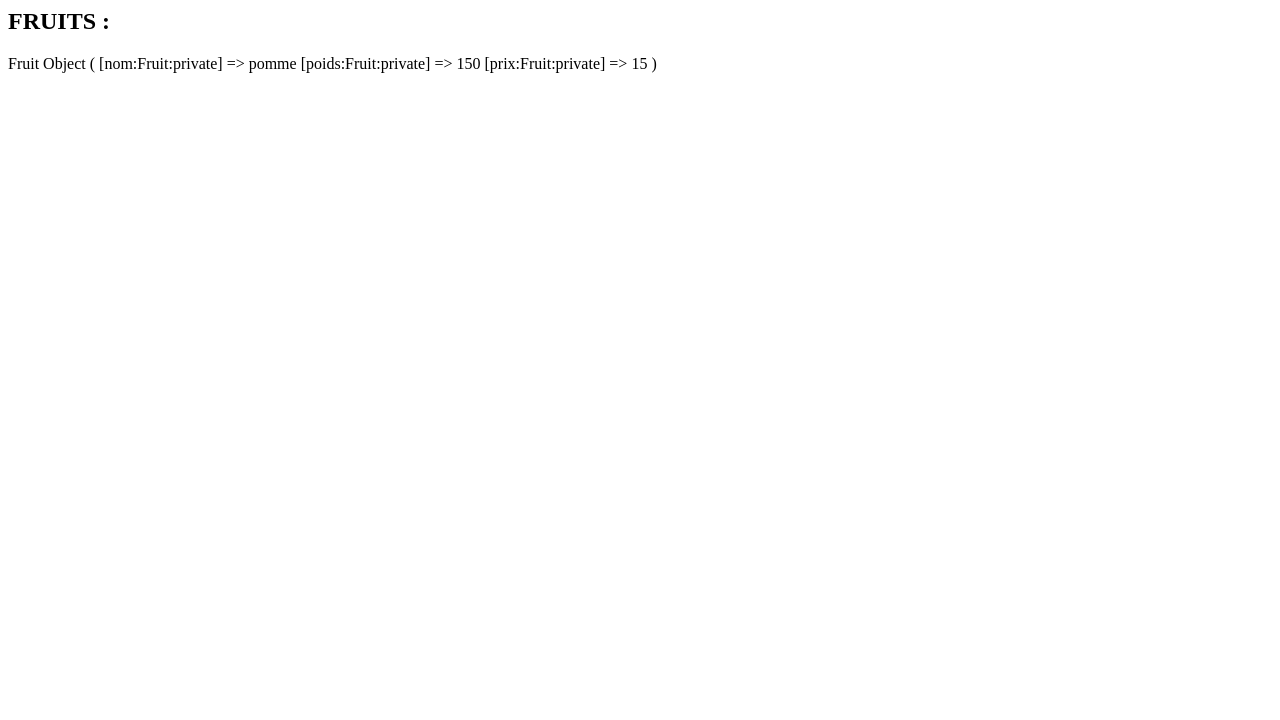
Repository: Michelhof1978/php
Page: http://localhost/pooExo1.php
These files come from the project's save history. The page is drawn as it stood at one moment and after a run of saves; the edit follows.
The browser window is 1280 px wide. The pictures show the whole page.
The page is run by PHP 8.4 with error messages shown; the project is at /var/www/html/.

Above is the page before, as saved 2022-08-21 10:51:13.

### pooExo1.php
<?php
require_once("classes/fruits.class.php");//on appelle la classe fruits.class.php une fois
?>
<h2>FRUITS :</h2>

<?php
$pomme1 = new Fruit(Fruit::POMME,150);//on appelle la classe Fruit et on lui passe en paramètre le nom du fruit(constante) et son poids
$pomme2 = new Fruit(Fruit::POMME,200);
$cerise1 = new Fruit(Fruit::CERISE,100);
$cerise2 = new Fruit(Fruit::CERISE,200);
$fruits = array($pomme1,$pomme2,$cerise1,$cerise2);//on crée un tableau avec les fruits



print_r($pomme1);//on vérifi si l'objet est bien créé

?>

### classes/fruits.class.php
<?php
class Fruit{//toujours mettre une majuscule pour les noms de classes
    private $nom;// attribut de la classe/ private= accessible uniquement dans la classe,de pouvoir protéger les attributs de la classe
    private $poids;
    private $prix;

    const POMME = "pomme";//const = constante, la valeur ne pourra pas être modifiée//Les constantes sont sensibles à la casse(qu'il y est une majuscule ou pas). Par convention, les constantes sont toujours en majuscule.
    const CERISE = "cerise";

    const POMMEIMG = "apple.png";
    const CHERRYIMG = "cherry.png";

    public function __construct($nom,$poids){//construct : permet de créer un objet
        $this->nom = $nom;
        $this->poids = $poids;
        $this->prix = $this->getPrixFruits($nom);//on appelle la fonction ci dessous qui permet de retourner le prix des fruits
    }

    public function getNom(){
        return $this->nom;
    }

    private function getPrixFruits($nom){
        if($nom === self::POMME){//self = élément lui même
            return 15;
        } else if($nom === self::CERISE){
            return 20;
        }
    }

    public function __toString(){//__toString : permet de retourner une chaine de caractère,La fonction __toString() renvoie le contenu de chaîne d'un élément. Cette fonction renvoie le contenu de la chaîne qui se trouve directement dans l'élément - et non le contenu de la chaîne qui se trouve à l'intérieur des enfants de cet élément !
        //On peut faire un echo sur un objet si on affiche --toString sinon, il affichera une erreur
        //Les méthodes suivantes sont considérées magiques : __construct(), __destruct(), __call(), __callStatic(), __get(), __set(), __isset(), __unset(), __sleep(), __wakeup(), __serialize(), __unserialize(), __toString(), __invoke(), __set_state() __clone(), et __debugInfo().

        $affichage = $this->getAffichageIMG();
        $affichage .= "Nom : " . $this->nom . "<br />";
        $affichage .= "Poids : " . $this->poids . "<br />";
        $affichage .= "Prix : " . $this->prix . "<br />";
        return $affichage;
    }

    private function getAffichageIMG(){//fonction pour afficher image
        if($this->nom === self::POMME){//si le nom est pomme, on affiche l'image pomme
            return "<img src ='images/".self::POMMEIMG."' alt='image pomme' /> <br/>";
        } else if ($this->nom === self::CERISE){
            return "<img src ='images/".self::CHERRYIMG."' alt='image cerise' /><br/>";
        }
    }

}

?>

After the next 3 saves:
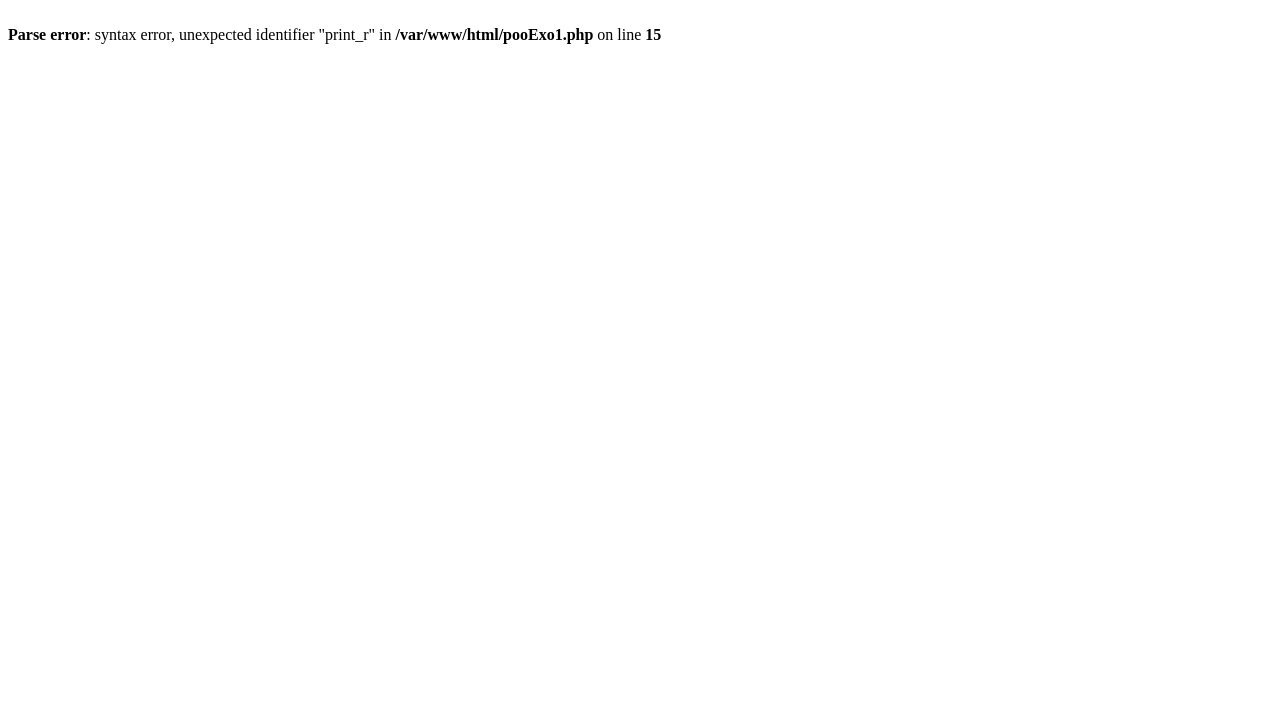
The 3 saves are shown as one change because they came seconds apart.
The last was saved 7 s later.
--- a/pooExo1.php
+++ b/pooExo1.php
@@ -10,7 +10,7 @@
 $cerise2 = new Fruit(Fruit::CERISE,200);
 $fruits = array($pomme1,$pomme2,$cerise1,$cerise2);//on crée un tableau avec les fruits
 
-
+fore
 
 print_r($pomme1);//on vérifi si l'objet est bien créé
 

After the 2 saves that followed:
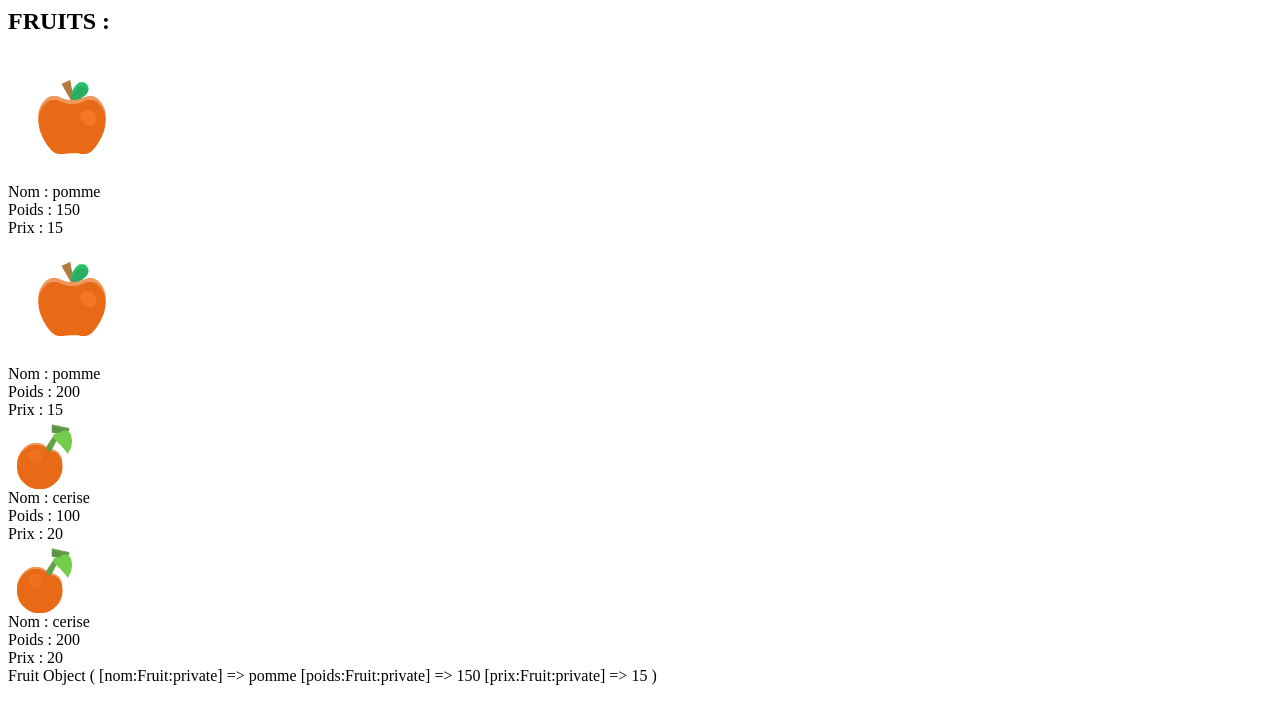
The 2 saves are shown as one change because they came seconds apart.
The last was saved 6 s later.
--- a/pooExo1.php
+++ b/pooExo1.php
@@ -9,8 +9,9 @@
 $cerise1 = new Fruit(Fruit::CERISE,100);
 $cerise2 = new Fruit(Fruit::CERISE,200);
 $fruits = array($pomme1,$pomme2,$cerise1,$cerise2);//on crée un tableau avec les fruits
-
-fore
+foreach($fruits as $fruit){//on parcourt le tableau
+    echo $fruit;//on affiche le contenu de la variable $fruit
+}
 
 print_r($pomme1);//on vérifi si l'objet est bien créé
 
